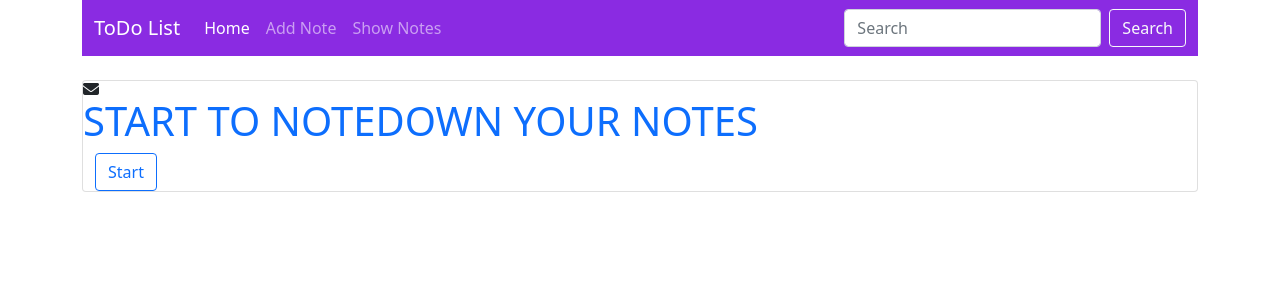
Repository: VishalSalvi17/Hibernate
Page: http://localhost/ToDoList/
An editor plug-in stored every save of this project. The page is shown before and after the next save, followed by the edit.
The browser window is 1280 px wide. The pictures show the whole page.
Some web libraries are served in a nearby version. The page is served by Tomcat 9.

Above is the page before, as saved 2023-03-17 06:50:40.

After the next save:
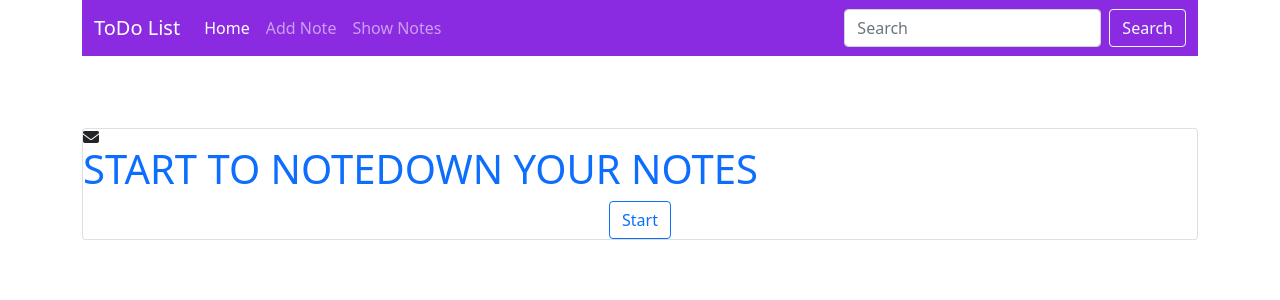
Saved 28 s later.
--- a/ToDoList/src/main/webapp/index.jsp
+++ b/ToDoList/src/main/webapp/index.jsp
@@ -16,11 +16,11 @@
 	<div class="container">
 		<%@include file="navbar.jsp"%>
 		<br>
-		<div class="card">
+		<div class="card my-5">
 		<!-- <img alt="" src="">-->
 		<i class="fa-solid fa-envelope"></i>
 		<h1 class = "text-primary text-uppercase">Start to notedown your notes</h1>
-		<div class="container">
+		<div class="container text-center">
 			<button class="btn btn-outline-primary text-center">Start</button>
 		</div>
 
